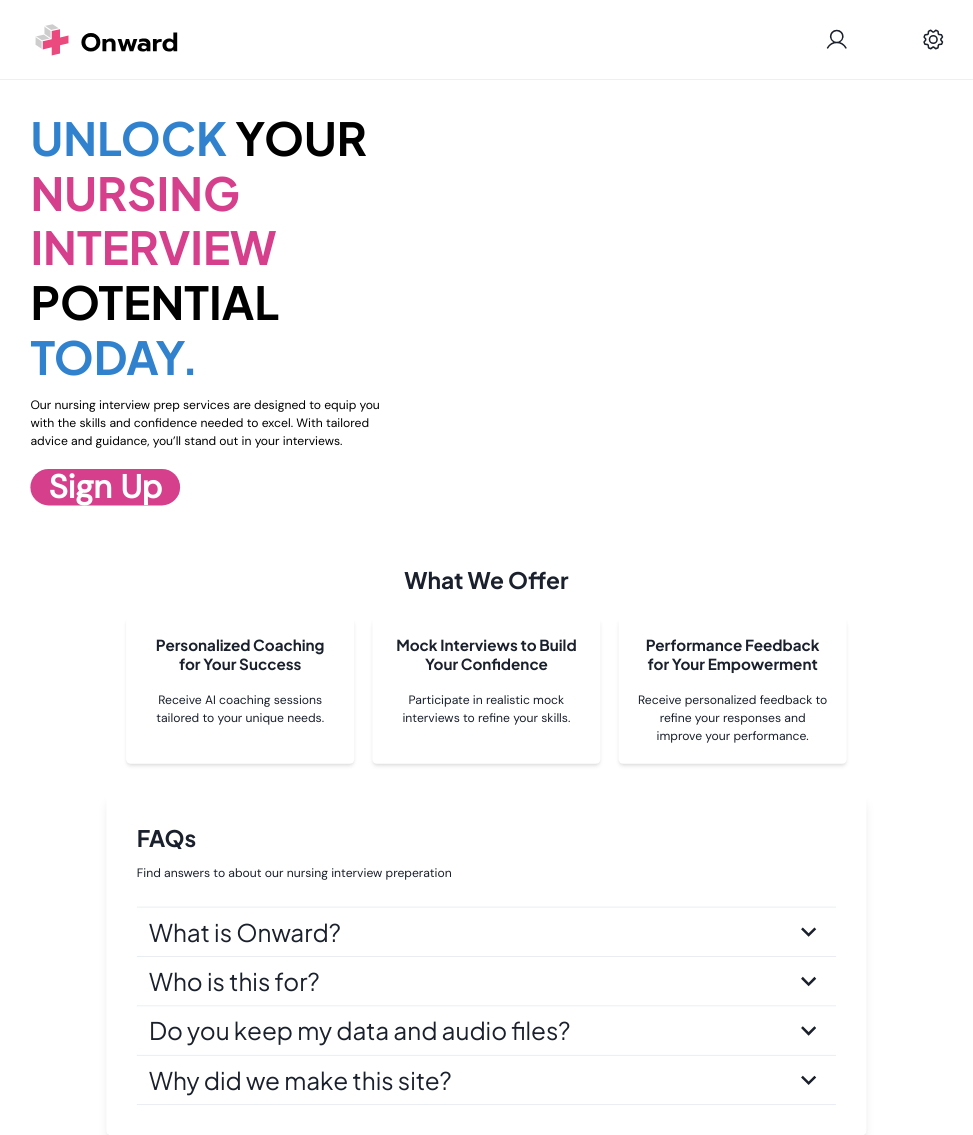
Repository: Aladdin3r/onward
Page: /landing-page
These files come from the project's save history. The page is drawn as it stood at one moment and after the next save; the edit follows.
The browser window is 1280 px wide. The pictures show the whole page, at 76% of full size.
The project was rebuilt for these pictures with package versions that can differ from the ones it lists, and the page was loaded fresh each time. The framework's server and built-in components were replaced by stand-ins that run in the browser. Also part of the build but not shown: next.config.mjs, styles/components/AppTopNav.js, styles/components/Layout.js.

Above is the page before, as saved 2024-10-29 01:43:24.

### pages/_app.js
import { ChakraProvider } from "@chakra-ui/react";
import theme from "@/styles/theme";

function MyApp({ Component, pageProps }) {
  return (
    <ChakraProvider theme={theme}>
      <Component {...pageProps} />
    </ChakraProvider>
  );
}

export default MyApp;

### pages/_document.js
import { Html, Head, Main, NextScript } from "next/document";

export default function Document() {
  return (
    <Html lang="en">
      <Head>
        <link
          href="https://fonts.googleapis.com/css2?family=DM+Sans:wght@400&family=Plus+Jakarta+Sans:wght@400;600;700&display=swap"
          rel="stylesheet"
        />
      </Head>
      <body>
        <Main />
        <NextScript />
      </body>
    </Html>
  );
}

### pages/landing-page.js
import {
    Box,
    Flex,
    Heading,
    Text,
    Stack,
    Button,
    Accordion,
    AccordionItem,
    AccordionButton,
    AccordionPanel,
    AccordionIcon
  } from "@chakra-ui/react";
  import Layout from "@/styles/components/Layout";
  import TopNav from "@/styles/components/TopNav";
  import AppTopNav from "@/styles/components/AppTopNav";
  import { useRouter } from 'next/router';

  export default function Home() {
    const router = useRouter();

    // Button action function
    const handleSignUp = () => {
      router.push('/signup'); // Navigate to the sign-up page
    };

    return (
      <>
        {/* Hero Section */}
        <TopNav/>
        <Box  color="black" p={10} textAlign="left">
          <Heading fontFamily="heading" fontSize="6xl" fontWeight="bold" width="45%" mb={4}>
            <Text as="span" color="blue.500">UNLOCK </Text>
            <Text as="span" color="black">YOUR </Text>
            <Text as="span" color="pink.500">NURSING INTERVIEW </Text>
            <Text as="span" color="black">POTENTIAL </Text>
            <Text as="span" color="blue.500">TODAY.</Text>

          </Heading>
          <Text fontFamily="body" fontSize="x" color="black" mb={6} width="40%">
            Our nursing interview prep services are designed to equip you with the skills and confidence needed to excel. With tailored advice and guidance, you’ll stand out in your interviews.
          </Text>
          <Button colorScheme="pink" size="lg" onClick={handleSignUp}>Sign Up</Button>
        </Box>

        {/* What We Offer Section */}
        <Box p={10} textAlign="center" >
          <Heading fontFamily="heading" fontSize="3xl" mb={8}>What We Offer</Heading>
          <Flex justify="center" gap={6}>
            <Stack width="300px" borderRadius="md" boxShadow="md" p={6} textAlign="center">
              <Heading fontFamily="heading" fontSize="xl" mb={4}>Personalized Coaching for Your Success</Heading>
              <Text fontFamily="body">
                Receive AI coaching sessions tailored to your unique needs.
              </Text>
            </Stack>
            <Stack width="300px" borderRadius="md" boxShadow="md" p={6} textAlign="center">
              <Heading fontFamily="heading" fontSize="xl" mb={4}>Mock Interviews to Build Your Confidence</Heading>
              <Text fontFamily="body">
                Participate in realistic mock interviews to refine your skills.
              </Text>
            </Stack>
            <Stack width="300px" borderRadius="md" boxShadow="md" p={6} textAlign="center">
              <Heading fontFamily="heading" fontSize="xl" mb={4}>Performance Feedback for Your Empowerment</Heading>
              <Text fontFamily="body">
                Receive personalized feedback to refine your responses and improve your performance.
              </Text>
            </Stack>
          </Flex>
        </Box>

        {/* FAQ Section */}
        <Box  p={10} borderRadius="md" boxShadow="lg" maxW="1000px" mx="auto">
          <Heading fontFamily="heading" fontSize="3xl" textAlign="left" mb={4}>FAQs</Heading>
          <Text fontFamily="body" fontSize="s" textAlign="left" mb={8}>
            Find answers to about our nursing interview preperation
          </Text>
          <Accordion allowToggle>
            <AccordionItem>
              <h2>
                <AccordionButton>
                  <Box as="span" flex="1" textAlign="left" fontFamily="heading">What is Onward?</Box>
                  <AccordionIcon />
                </AccordionButton>
              </h2>
              <AccordionPanel pb={4} fontFamily="body">
                Onward is an AI-powered personal interview coach designed for nurses to enhance their job interview skills.
              </AccordionPanel>
            </AccordionItem>
            <AccordionItem>
              <h2>
                <AccordionButton>
                  <Box as="span" flex="1" textAlign="left" fontFamily="heading">Who is this for?</Box>
                  <AccordionIcon />
                </AccordionButton>
              </h2>
              <AccordionPanel pb={4} fontFamily="body">
                This service is designed for nurses, especially those new to the Canadian healthcare system.
              </AccordionPanel>
            </AccordionItem>
            <AccordionItem>
              <h2>
                <AccordionButton>
                  <Box as="span" flex="1" textAlign="left" fontFamily="heading">Do you keep my data and audio files?</Box>
                  <AccordionIcon />
                </AccordionButton>
              </h2>
              <AccordionPanel pb={4} fontFamily="body">
                Yes, we securely store data as per our privacy policy to enhance your interview coaching experience.
              </AccordionPanel>
            </AccordionItem>
            <AccordionItem>
              <h2>
                <AccordionButton>
                  <Box as="span" flex="1" textAlign="left" fontFamily="heading">Why did we make this site?</Box>
                  <AccordionIcon />
                </AccordionButton>
              </h2>
              <AccordionPanel pb={4} fontFamily="body">
                Onward aims to empower nurses by providing interview preparation tools tailored to their needs.
              </AccordionPanel>
            </AccordionItem>
          </Accordion>
        </Box>
      </>
    );
  }

### styles/theme.js
import { extendTheme } from "@chakra-ui/react";
import { theme as chakraTheme } from "@chakra-ui/react";
import Button from './components/Button';
import { Stepper } from "@chakra-ui/react";

const fonts = {
    ...chakraTheme.fonts,
    body: "DM Sans",
    heading: "Plus Jakarta Sans",
}

const overrides = {
    ...chakraTheme,
    fonts,
    components: {
        Button: {
            ...Button,
        },
    },
    fontWeights: {
        normal: 400,
        medium: 500,
        bold: 700,
    },
    fontSizes: {
        xxs: "14pt",
        xs: "16pt",
        sm: "20pt",
        md: "24pt",
        lg: "32pt",
    },
    colors: {
       brand: {
        blushPink: "#EA4A7D",
        pastelBlue: "#CBD5FF",
        blueberryCreme: "#EBEFFF",
        frostWhite: "#FAFAFA",
        nightBlack: "#1f1f1f",
        platinum: "#e2e2e2",
        confirmationGreen: "#61CD3D",
        imperialRed: "EA4A4D",
        canaryYellow: "#EAE84A",
        oceanBlue: "#214DDF",
        pureWhite: "#FFFFFF"
        }
    },
    styles: {
        global: {
            body: {
                bg: "frostWhite",
            },
        },
    },
}

const customTheme = extendTheme(overrides);

export default customTheme;

### styles/components/TopNav.js
'use client'
import {
    Box,
    Flex,
    useColorModeValue,
    IconButton,
    Image,
    Link,
} from "@chakra-ui/react";
import { User, Gear } from "@phosphor-icons/react";

export default function TopNav() {
    const bgColor = useColorModeValue('#fff', 'brand.nightBlack');

    return (
        <Box bg={bgColor} px={4} borderBottom="1px solid #E6EAF2">
            <Flex h={"104px"} alignItems={'center'} justifyContent={'space-between'}>
                <Box fontSize={{ base: 'md', md: 'lg' }}>
                    <Link href="/">
                        <Image src="logo.svg" boxSize="253px" alt="Onward Logo" style={{ padding: "30px" }} />
                    </Link>
                </Box>
                <Flex alignItems={'center'}>
                    <Link href="/user">
                        <IconButton
                            aria-label="User settings"
                            icon={<User />}
                            variant="ghost"
                            mr="55px"
                        />
                    </Link>
                    <Link href="/settings">
                        <IconButton
                            aria-label="Settings"
                            icon={<Gear />}
                            variant="ghost"
                        />
                    </Link>
                </Flex>
            </Flex>
        </Box>
    );
}

### styles/components/Button.js
const Button = {
    baseStyle: {
      display: 'flex',
      borderRadius: '999px',
      fontFamily: 'DM Sans',
      _hover: {
        boxShadow: '0px 4px 4px 0px rgba(0, 0, 0, 0.45)',
      },
      padding: 3,
    },
    sizes: {
      xs: {
        fontSize: ['12pt', '14pt', '16pt'], // Responsive font sizes for xs
        px: [2, 3], // Responsive padding
      },
      sm: {
        fontSize: ['14pt', '16pt', '20pt'],
        px: [2, 4],
      },
      md: {
        fontSize: ['16pt', '20pt', '24pt'],
        px: [3, 5],
      },
      lg: {
        fontSize: ['20pt', '28pt', '32pt'],
        px: [4, 6],
      },
    },
    variants: {
      lgPrimary: {
        bg: 'brand.blushPink',
        color: 'brand.frostWhite',
        width: ['100%', '325px'], // 100% width on smaller screens
        height: '72px',
        fontSize: ['20pt', '28pt', '32pt'], // Responsive font size
        borderRadius: '999px',
      },
      mdPrimary: {
        bg: 'brand.blushPink',
        color: 'brand.frostWhite',
        width: ['100%', '225px'],
        height: '72px',
        fontSize: ['16pt', '20pt', '24pt'],
        borderRadius: '999px',
      },
      smPrimary: {
        bg: 'brand.blushPink',
        color: 'brand.frostWhite',
        width: ['100%', '150px'],
        height: '64px',
        fontSize: ['14pt', '16pt', '20pt'],
        borderRadius: '999px',
      },
      xsPrimary: {
        bg: 'brand.blushPink',
        color: 'brand.frostWhite',
        width: ['100%', '117px'],
        height: '32px',
        fontSize: ['12pt', '14pt', '18pt'],
        borderRadius: '999px',
      },
      lgSecondary: {
        bg: 'brand.platinum',
        color: 'brand.nightBlack',
        width: ['100%', '325px'],
        height: '72px',
        fontSize: ['20pt', '28pt', '32pt'],
        borderRadius: '999px',
        _hover: {
          bg: 'brand.blushPink',
          color: 'brand.frostWhite',
          boxShadow: '0px 4px 4px 0px rgba(0, 0, 0, 0.45)',
        },
      },
      mdSecondary: {
        bg: 'brand.platinum',
        color: 'brand.nightBlack',
        width: ['100%', '225px'],
        height: '72px',
        fontSize: ['16pt', '20pt', '24pt'],
        borderRadius: '999px',
        _hover: {
          bg: 'brand.blushPink',
          color: 'brand.frostWhite',
          boxShadow: '0px 4px 4px 0px rgba(0, 0, 0, 0.45)',
        },
      },
      smSecondary: {
        bg: 'brand.platinum',
        color: 'brand.nightBlack',
        width: ['100%', '150px'],
        height: '64px',
        fontSize: ['14pt', '16pt', '20pt'],
        borderRadius: '999px',
        _hover: {
          bg: 'brand.blushPink',
          color: 'brand.frostWhite',
          boxShadow: '0px 4px 4px 0px rgba(0, 0, 0, 0.45)',
        },
      },
      xsSecondary: {
        bg: 'brand.platinum',
        color: 'brand.nightBlack',
        width: ['100%', '117px'],
        height: '32px',
        fontSize: ['12pt', '14pt', '18pt'],
        borderRadius: '999px',
        _hover: {
          bg: 'brand.blushPink',
          color: 'brand.frostWhite',
          boxShadow: '0px 4px 4px 0px rgba(0, 0, 0, 0.45)',
        },
      },
    },
  };

  export default Button;

### styles/components/SideNav.js
import { useState } from "react";
import PropTypes from "prop-types";
import Link from "next/link";
import { Box, Flex, Text, VStack, Image } from "@chakra-ui/react";
import { ChalkboardTeacher, ClockCounterClockwise, UserSound, Presentation, User, Gear } from "@phosphor-icons/react";

// Define each variant and associated icon, label, and path(s)
const variants = {
  default: {
    label: "Dashboard",
    icon: <UserSound size={32} />,
    path: "/"
  },
  variant2: {
    label: "Mock Interview",
    icon: <ChalkboardTeacher size={32} />,
    path: "/mock-interview"
  },
  variant3: {
    label: "Practice Interview",
    icon: <Presentation size={32} />,
    path: [
      "/practice-interview",
      "/practice-interview-filter",
      "/practice-interview-questions",
      "/practice-interview-answer",
      "/practice"
    ]
  },
  variant4: {
    label: "History",
    icon: <ClockCounterClockwise size={32} />,
    path: "/history"
  },
};

// Define the bottom section items with default values
const defaultBottomVariants = {
  account: {
    label: "Account",
    icon: <User size={18} />,
    path: "/account"
  },
  settings: {
    label: "Settings",
    icon: <Gear size={18} />,
    path: "/settings"
  },
  signOut: {
    label: "Sign Out",
    icon: null,
    path: "/"
  }
};

// Main SideNavBar component
export const SideNavBar = ({ activeVariant, bottomVariants = defaultBottomVariants }) => {
  return (
    <Flex
      bg="brand.blueberryCreme"
      height="100vh"
      width="280px"
      position="fixed"
      flexDir="column"
    >
      {/* logo box */}
      <Box fontSize={{ base: 'sm', md: 'md' }} mt="1rem">
        <Link href="/">
          <Image src="logo.svg" alt="Onward Logo" style={{ padding: "0.6rem" }} width="100%" />
        </Link>
      </Box>

      {/* nav menu */}
      <Box mt="1.5rem" overflow="hidden">
        <VStack align="flex-start" spacing={2} width="100%" ml="10%">
          {variants && Object.keys(variants).map((variant) => {
            const isActive = activeVariant === variant;
            return (
              <Link href={Array.isArray(variants[variant].path) ? variants[variant].path[0] : variants[variant].path} key={variant} passHref>
                <Flex
                  align="center"
                  cursor="pointer"
                  width="280px"
                  bg={isActive ? "brand.blushPink" : "none"} // Active background
                  color={isActive ? "brand.frostWhite" : "initial"} // Active text color
                  p={3}
                  borderLeftRadius="26px"
                  transition="transform 0.5s ease-in-out, background-color 0.4s, color 0.4s"
                  _hover={{
                    bg: "brand.blushPink",
                    color: "brand.frostWhite",
                    borderRadius: "26px 0 0 26px",
                    transition: "background-color 0.3s, transform 0.3s",
                  }}
                >
                  <Box pl={isActive ? "5rem" : 0} mr={4}>
                    {variants[variant].icon}
                  </Box>
                  <Text fontFamily="body" fontSize="18px" fontWeight="bold">
                    {variants[variant].label}
                  </Text>
                </Flex>
              </Link>
            );
          })}
        </VStack>
      </Box>

      {/* Bottom Section for Account, Settings, and Sign Out Links */}
      <Box mb={2} mt="13rem" width="100%">
        <VStack width="100%" align="flex-end">
          {bottomVariants && Object.keys(bottomVariants).map((variant) => {
            const isActive = activeVariant === variant;
            return (
              <Link
                href={bottomVariants[variant].path}
                key={variant}
                passHref
              >
                <Flex
                  align="center"
                  cursor="pointer"
                  width="100%"
                  height="1.3rem"
                  bg={isActive ? "brand.blushPink" : "none"} // Active background
                  color={isActive ? "brand.frostWhite" : "initial"} // Active text color
                  borderRadius="md"
                  pr="1.5rem"
                  transition="transform 0.3s ease-in-out, background-color 0.3s, color 0.3s"
                  _hover={{
                    color: "brand.blushPink",
                    borderRadius: "26px 0 0 26px",
                    transition: "background-color 0.3s, transform 0.3s",
                  }}
                >

                  <Box mr={3}>
                    {bottomVariants[variant].icon}
                  </Box>
                  <Text fontFamily="body" fontSize="18px" fontWeight="regular" textAlign="left"
                    textDecoration={variant === 'signOut' ? 'underline' : 'none'}
                  >
                    {bottomVariants[variant].label}
                  </Text>
                </Flex>
              </Link>
            );
          })}
        </VStack>
      </Box>
    </Flex>
  );
};

SideNavBar.propTypes = {
  activeVariant: PropTypes.oneOf(["variant4", "variant2", "variant3", "default"]),
  bottomVariants: PropTypes.object, // Define bottomVariants as an optional object
};

SideNavBar.defaultProps = {
  bottomVariants: {},
};

After the next save:
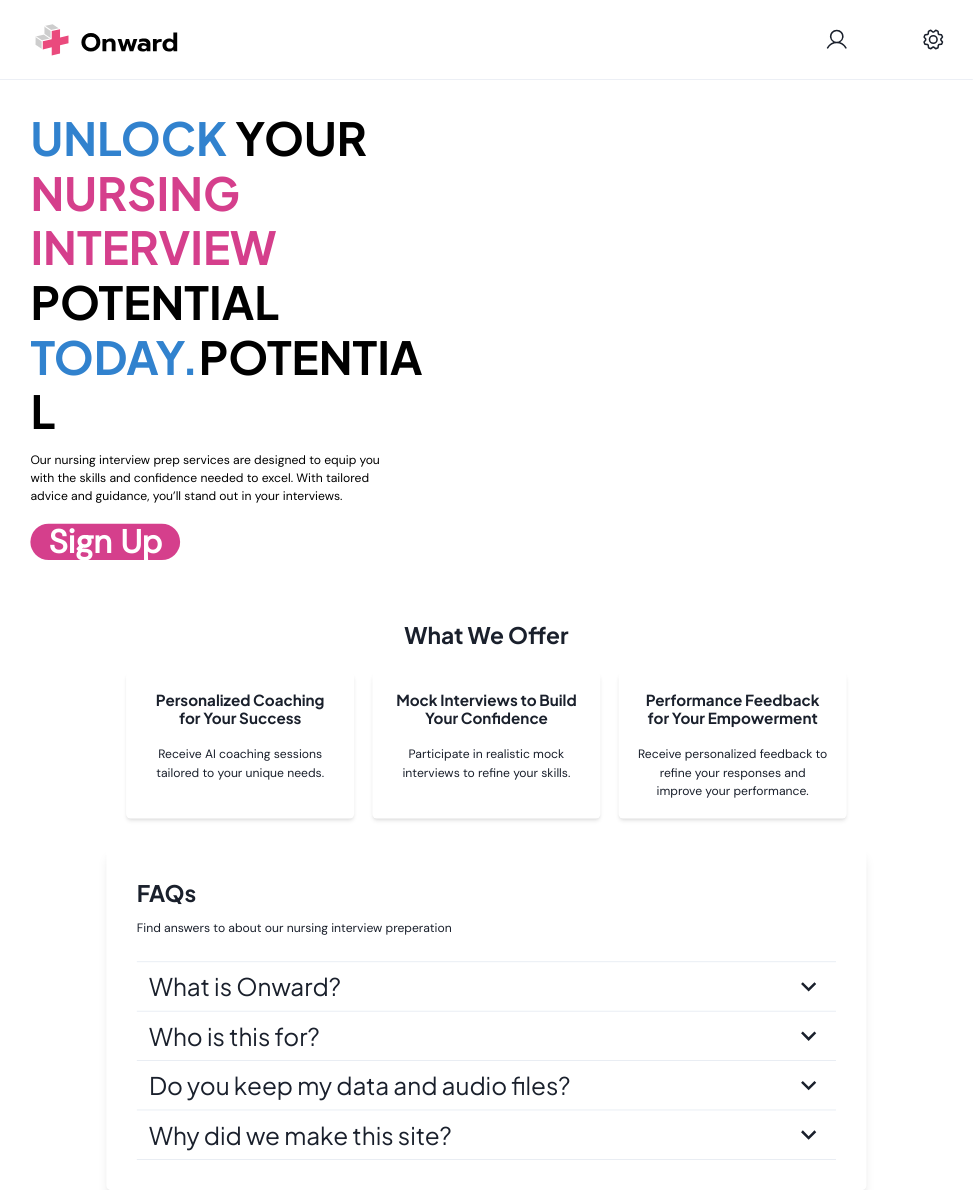
Saved 13 s later.
--- a/pages/landing-page.js
+++ b/pages/landing-page.js
@@ -35,6 +35,8 @@
             <Text as="span" color="pink.500">NURSING INTERVIEW </Text>
             <Text as="span" color="black">POTENTIAL </Text>
             <Text as="span" color="blue.500">TODAY.</Text>
+            <Text as="span" color="black">POTENTIAL </Text>
+
 
           </Heading>
           <Text fontFamily="body" fontSize="x" color="black" mb={6} width="40%">

After the 2 saves that followed:
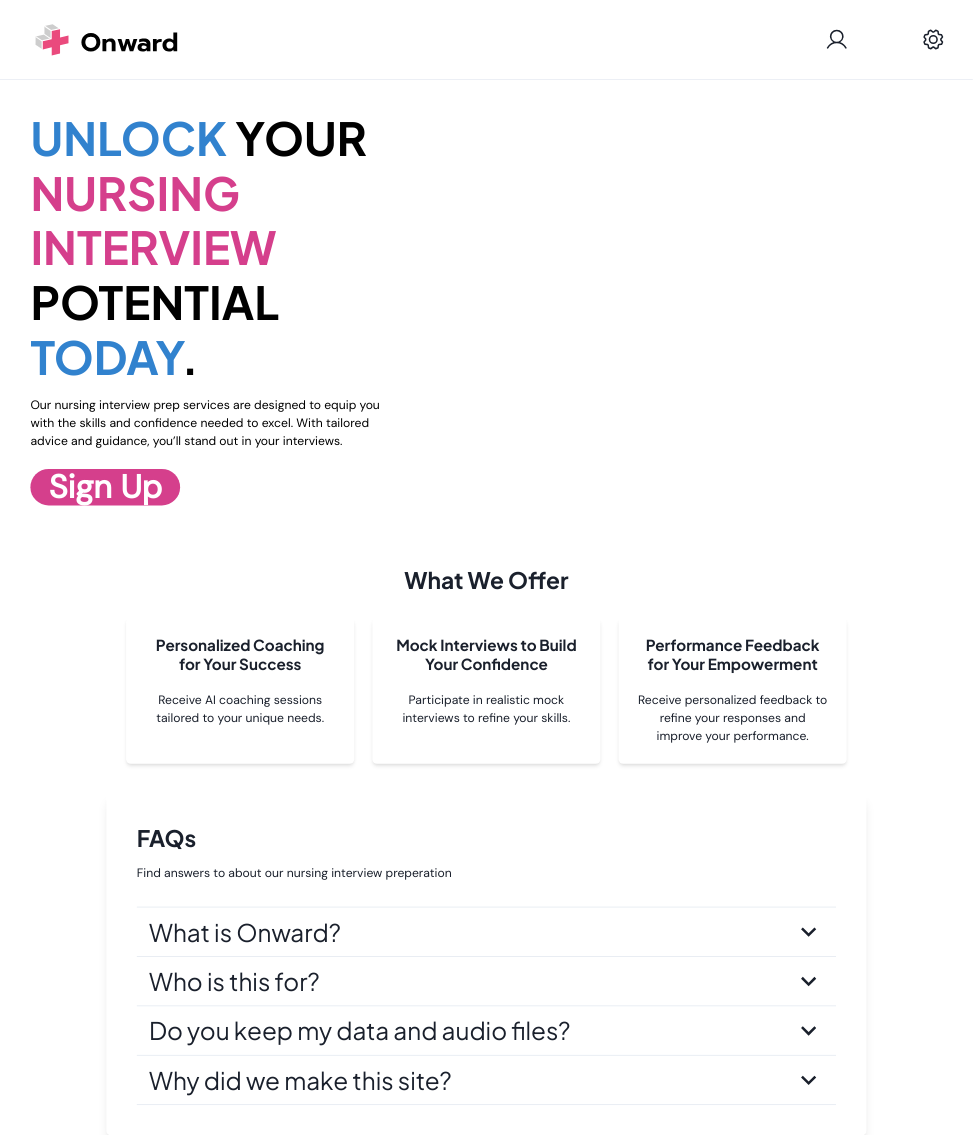
The 2 saves are shown as one change because they came seconds apart.
The last was saved 10 s later.
--- a/pages/landing-page.js
+++ b/pages/landing-page.js
@@ -34,8 +34,8 @@
             <Text as="span" color="black">YOUR </Text>
             <Text as="span" color="pink.500">NURSING INTERVIEW </Text>
             <Text as="span" color="black">POTENTIAL </Text>
-            <Text as="span" color="blue.500">TODAY.</Text>
-            <Text as="span" color="black">POTENTIAL </Text>
+            <Text as="span" color="blue.500">TODAY</Text>
+            <Text as="span" color="black">. </Text>
 
 
           </Heading>
